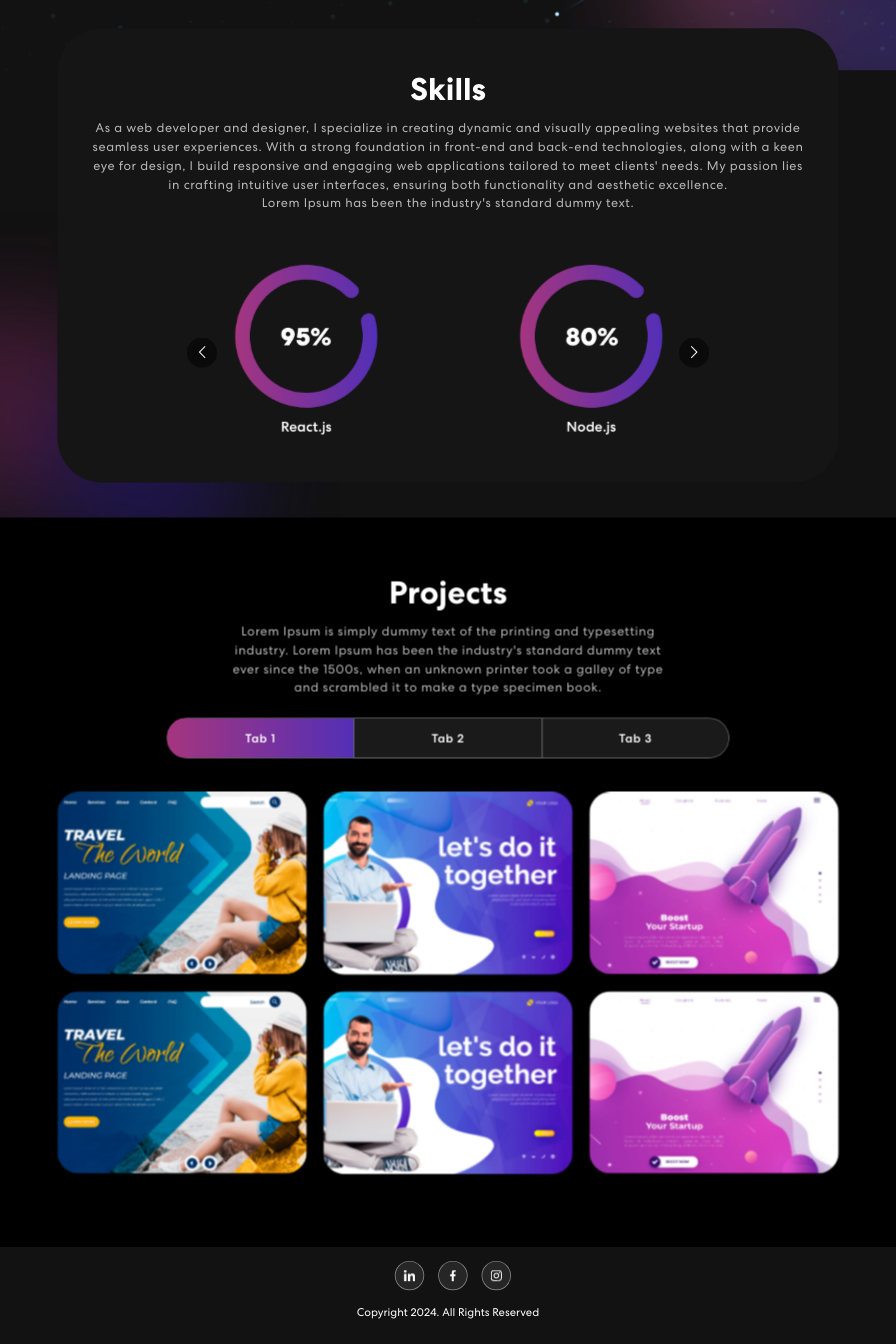
Repository: ChakerChourouk/personal-portfolio
Page: /
An editor plug-in stored every save of this project. The page is shown before and after the next save, followed by the edit.
The browser window is 1280 px wide. The pictures show the part of the page from y = 666 to 2586 px (the page is 2586 px tall before and 2559 px after), at 70% of full size.
The project was rebuilt for these pictures with package versions that can differ from the ones it lists, and the page was loaded fresh each time. Imported but missing from the stored project, and not drawn on this page: src/components/Contact.

Above is the page before, as saved 2024-09-15 20:27:42.

### src/App.js
import logo from './logo.svg';
import './App.css';
import 'bootstrap/dist/css/bootstrap.min.css';
import { NavBar } from "./components/NavBar";
import { Banner } from "./components/Banner";
import { Skills } from "./components/Skills";
import { Projects } from "./components/Projects";
import { Contact } from "./components/Contact";
import { Footer } from "./components/Footer";

function App() {
  return (
    <div className="App">
      <NavBar />
      <Banner />
      <Skills />
      <Projects />
      <Footer />
    </div>
  );
}

export default App;

### src/App.css
/************ Custom Font ************/
@font-face {
	font-family: Centra;
	src: url('./assets/font/CentraNo2-Bold.ttf');
	font-weight: 700;
}
@font-face {
	font-family: Centra;
	src: url('./assets/font/CentraNo2-Medium.ttf');
	font-weight: 500;
}
@font-face {
	font-family: Centra;
	src: url('./assets/font/CentraNo2-Book.ttf');
	font-weight: 400;
}

/************ Default Css ************/
* {
  margin: 0;
  padding: 0;
  box-sizing: border-box;
}

html {
  scroll-behavior: smooth;
  scroll-padding-top: 75px;
}

body {
  font-weight: 400;
  overflow-x: hidden;
  position: relative;
  background-color: #121212 !important;
  color: #fff !important;
  font-family: 'Centra', sans-serif !important;
}

h1, h2, h3, h4, h5, h6 {
  margin: 0;
  padding: 0;
  line-height: normal;
}

p, a, li, button, ul {
  margin: 0;
  padding: 0;
  line-height: normal;
  text-decoration: none;
}

a:hover {
  text-decoration: none;
}

img {
  width: 100%;
  height: auto;
}

button {
  border: 0;
  background-color: transparent;
}

input:focus, textarea:focus, select:focus {
  outline: none;
}

@media (min-width:1700px) {
	main .container {
		max-width: 100%;
		padding: 0 150px;
	}
}

p.success {
	color: green;
}

p.danger {
	color: red;
}
/************ Navbar Css ************/
nav.navbar {
  padding: 18px 0;
  position: fixed;
  width: 100%;
  top: 0;
  z-index: 9999;
  transition:  0.32s ease-in-out;
}
nav.navbar.scrolled {
  padding: 0px 0;
  background-color: #121212;
}
nav.navbar a.navbar-brand {
    width: 9%;
}
nav.navbar .navbar-nav .nav-link.navbar-link {
  font-weight: 400;
  color: #fff !important;
  letter-spacing: 0.8px;
  padding: 0 25px;
  font-size: 18px;
  opacity: 0.75;
}
nav.navbar .navbar-nav a.nav-link.navbar-link:hover,
nav.navbar .navbar-nav a.nav-link.navbar-link.active {
    opacity: 1;
}
span.navbar-text {
    display: flex;
    align-items: center;
}
.social-icon {
    display: inline-block;
    margin-left: 14px;
}
.social-icon a {
    width: 42px;
    height: 42px;
    background: rgba(217, 217, 217, 0.1);
    display: inline-flex;
    border-radius: 50%;
    margin-right: 6px;
    align-items: center;
    justify-content: center;
    line-height: 1;
    border: 1px solid rgba(255, 255, 255, 0.5);
}
.social-icon a::before {
    content: "";
    width: 42px;
    height: 42px;
    position: absolute;
    background-color: #ffffff;
    border-radius: 50%;
    transform: scale(0);
	transition: 0.3s ease-in-out;
}
.social-icon a:hover::before {
    transform: scale(1);
}
.social-icon a img {
	width: 40%;
	z-index: 1;
	transition: 0.3s ease-in-out;
}
.social-icon a:hover img {
	filter: brightness(0) saturate(100%) invert(0%) sepia(7%) saturate(98%) hue-rotate(346deg) brightness(95%) contrast(86%);
}
.navbar-text button {
  font-weight: 700;
  color: #fff;
  border: 1px solid #fff;
  padding: 18px 34px;
  font-size: 18px;
  margin-left: 18px;
	position: relative;
	background-color: transparent;
	transition: 0.3s ease-in-out;
}
.navbar-text button span {
  z-index: 1;
}
.navbar-text button::before {
  content: "";
  width: 0%;
  height: 100%;
  position: absolute;
  background-color: #fff;
  left: 0;
  top: 0;
  z-index: -1;
  transition: 0.3s ease-in-out;
}
.navbar-text button:hover {
  color: #121212;
}
.navbar-text button:hover::before {
	content: "";
	width: 100%;
	height: 100%;
	position: absolute;
}
nav.navbar .navbar-toggler:active,
nav.navbar .navbar-toggler:focus {
	outline: none;
    box-shadow: none;
}
nav.navbar .navbar-toggler-icon {
  width: 24px;
  height: 17px;
  background-image: none;
  position: relative;
  border-bottom: 2px solid #fff;
  transition: all 300ms linear;
  top: -2px;
}
nav.navbar .navbar-toggler-icon:focus {
	border-bottom: 2px solid #fff;
}
nav.navbar .navbar-toggler-icon:after,
nav.navbar .navbar-toggler-icon:before {
	width: 24px;
	position: absolute;
	height: 2px;
	background-color: #fff;
	top: 0;
	left: 0;
	content: '';
	z-index: 2;
	transition: all 300ms linear;
}
nav.navbar .navbar-toggler-icon:after {
	top: 8px;
}
nav.navbar .navbar-toggler[aria-expanded="true"] .navbar-toggler-icon:after {
	transform: rotate(45deg);
	background-color: #fff;
	height: 2px;
}
nav.navbar .navbar-toggler[aria-expanded="true"] .navbar-toggler-icon:before {
	transform: translateY(8px) rotate(-45deg);
	background-color: #fff;
	height: 2px;
}
nav.navbar .navbar-toggler[aria-expanded="true"] .navbar-toggler-icon {
	border-color: transparent;
}

/************ Banner Css ************/
.banner {
  margin-top: 0;
  padding: 260px 0 100px 0;
  background-image: url('./assets/img/banner-bg.png');
  background-position: top center;
  background-size: cover;
  background-repeat: no-repeat;
}
.banner .tagline {
  font-weight: 700;
  letter-spacing: 0.8px;
  padding: 8px 10px;
  background: linear-gradient(90.21deg, rgba(170, 54, 124, 0.5) -5.91%, rgba(74, 47, 189, 0.5) 111.58%);
  border: 1px solid rgba(255, 255, 255, 0.5);
  font-size: 20px;
  margin-bottom: 16px;
  display: inline-block;
}
.banner h1 {
  font-size: 65px;
  font-weight: 700;
  letter-spacing: 0.8px;
  line-height: 1;
  margin-bottom: 20px;
  display: block;
}
.banner p {
  color: #B8B8B8;
  font-size: 18px;
  letter-spacing: 0.8px;
  line-height: 1.5em;
  width: 96%;
}
.banner button {
  color: #fff;
  font-weight: 700;
  font-size: 20px;
  margin-top: 60px;
  letter-spacing: 0.8px;
  display: flex;
  align-items: center;
}
.banner button svg {
  font-size: 25px;
  margin-left: 10px;
  transition: 0.3s ease-in-out;
  line-height: 1;
}
.banner button:hover svg {
  margin-left: 25px;
}
.banner img {
  animation: updown 3s linear infinite;
}
@keyframes updown {
    0% {
        transform: translateY(-20px);
    }
    50% {
        transform: translateY(20px);
    }
    100% {
        transform: translateY(-20px);
    }
}
.txt-rotate > .wrap {
  border-right: 0.08em solid #666;
}

/************ Skills Css ************/
.skill {
  padding: 0 0 50px 0;
  position: relative;
}
.skill-bx {
  background: #151515;
  border-radius: 64px;
  text-align: center;
  padding: 60px 50px;
  margin-top: -60px;
}
.skill h2 {
	font-size: 45px;
	font-weight: 700;
}
.skill p {
    color: #B8B8B8;
    font-size: 18px;
    letter-spacing: 0.8px;
    line-height: 1.5em;
    margin: 14px 0 75px 0;
}
.skill-slider {
  width: 80%;
  margin: 0 auto;
  position: relative;
}
.skill-slider .item img {
  width: 50%;
  margin: 0 auto 15px auto;
}
.background-image-left {
  top: 28%;
  position: absolute;
  bottom: 0;
  width: 40%;
  z-index: -4;
}

/************ Projects Css ************/
.project {
  padding: 80px 0;
  position: relative;
  background-color: black;
}
.project h2 {
	font-size: 45px;
	font-weight: 700;
  text-align: center;
}
.project p {
  color: #B8B8B8;
  font-size: 18px;
  letter-spacing: 0.8px;
  line-height: 1.5em;
  margin: 14px auto 30px auto;
  text-align: center;
  width: 56%;
}
.project .nav.nav-pills {
  width: 72%;
  margin: 0 auto;
  border-radius: 50px;
  background-color: rgb(255 255 255 / 10%);
  overflow: hidden;
}
.project .nav.nav-pills .nav-item {
  width: 33.33333%;
}
.project .nav.nav-pills .nav-link {
  background-color: transparent;
  border-radius: 0;
  padding: 17px 0;
  color: #fff;
  width: 100%;
  font-size: 17px;
  letter-spacing: 0.8px;
  font-weight: 500;
  position: relative;
  transition: 0.3s ease-in-out;
  text-align: center;
  z-index: 0;
}
.project .nav.nav-pills .nav-link::before {
    content: "";
    position: absolute;
    width: 0;
    height: 100%;
    background: linear-gradient(90.21deg, #AA367C -5.91%, #4A2FBD 111.58%);
    top: 0;
    left: 0;
    z-index: -1;
    transition: 0.3s ease-in-out;
}
.project .nav.nav-pills .nav-link.active::before {
    width: 100% !important;
}
.project .nav.nav-pills .nav-link.active {
    border: 1px solid rgba(255, 255, 255, 1);
}
.nav-link#projects-tabs-tab-first {
  border: 1px solid rgba(255, 255, 255, 0.5);
  border-radius: 55px 0px 0px 55px;
}
.nav-link#projects-tabs-tab-second {
  border-top: 1px solid rgba(255, 255, 255, 0.5);
  border-bottom: 1px solid rgba(255, 255, 255, 0.5);
}
.nav-link#projects-tabs-tab-third {
  border: 1px solid rgba(255, 255, 255, 0.5);
  border-radius: 0 55px 55px 0;
}
.proj-imgbx {
  position: relative;
  border-radius: 30px;
  overflow: hidden;
  margin-bottom: 24px;
}
.proj-imgbx::before {
  content: "";
  background: linear-gradient(90.21deg, #AA367C -5.91%, #4A2FBD 111.58%);
  opacity: 0.85;
  position: absolute;
  width: 100%;
  height: 0;
  transition: 0.4s ease-in-out;
}
.proj-imgbx:hover::before {
  height: 100%;
}
.proj-txtx {
  position: absolute;
  text-align: center;
  top: 65%;
  left: 50%;
  transform: translate(-50%, -50%);
  transition: 0.5s ease-in-out;
  opacity: 0;
  width: 100%;
}
.proj-imgbx:hover .proj-txtx {
  top: 50%;
  opacity: 1;
}
.proj-txtx h4 {
  font-size: 30px;
  font-weight: 700;
  letter-spacing: 0.8px;
  line-height: 1.1em;
}
.proj-txtx span {
  font-style: italic;
  font-weight: 400;
  font-size: 15px;
  letter-spacing: 0.8px;
}
.background-image-right {
  top: 20%;
  position: absolute;
  bottom: 0;
  width: 35%;
  right: 0;
  z-index: -4;
}

/************ Projects Css ************/
.contact {
  background: linear-gradient(90.21deg, #AA367C -5.91%, #4A2FBD 111.58%);
  padding: 60px 0 200px 0;
}
.contact img {
  width: 92%;
}
.contact h2 {
	font-size: 45px;
	font-weight: 700;
  margin-bottom: 30px;
}
.contact form input, .contact form textarea {
  width: 100%;
  background: rgba(255, 255, 255, 0.1);
  border: 1px solid rgba(255, 255, 255, 0.5);
  border-radius: 20px;
  color: #fff;
  margin: 0 0 8px 0;
  padding: 18px 26px;
  font-weight: 500;
  font-size: 18px;
  letter-spacing: 0.8px;
  transition: 0.3s ease-in-out;
}
.contact form input:focus, .contact form textarea:focus {
  background: rgba(255, 255, 255, 1);
  color: #121212;
}
.contact form input::placeholder, .contact form textarea::placeholder {
  font-size: 16px;
  font-weight: 400;
  color: #fff;
}
.contact form input:focus::placeholder, .contact form textarea:focus::placeholder {
  color: #121212;
  opacity: 0.8;
}
.contact form button {
  font-weight: 700;
  color: #000;
  background-color: #fff;
  padding: 14px 48px;
  font-size: 18px;
  margin-top: 25px;
  border-radius: 0;
  position: relative;
  transition: 0.3s ease-in-out;
}
.contact form button span {
  z-index: 1;
  position: relative;
}
.contact form button:hover {
  color: #fff;
}
.contact form button::before {
  content: "";
  background: #121212;
  width: 0;
  height: 100%;
  position: absolute;
  top: 0;
  left: 0;
  z-index: 0;
  transition: 0.3s ease-in-out;
}
.contact form button:hover::before {
  width: 100%;
}

/************ Footer Css ************/

.footer {
  padding: 20px 0;
}

.social-icon a {
  margin: 0 10px;
}

/* Add margin to create space between icons and the text */
.text-center p {
  margin-top: 20px; /* Adjust the value for more or less space */
}


.welcome {
    font-weight: 400;
    color: #fff !important;
    letter-spacing: 0.8px;
    padding: 0 25px;
    font-size: 18px;
    opacity: 0.75;
}

### src/components/NavBar.js
import { useState, useEffect } from "react";
import { Navbar, Nav, Container } from "react-bootstrap";
import {
  BrowserRouter as Router
} from "react-router-dom";

export const NavBar = () => {

  const [activeLink, setActiveLink] = useState('home');
  const [scrolled, setScrolled] = useState(false);

  useEffect(() => {
    const onScroll = () => {
      if (window.scrollY > 50) {
        setScrolled(true);
      } else {
        setScrolled(false);
      }
    }

    window.addEventListener("scroll", onScroll);

    return () => window.removeEventListener("scroll", onScroll);
  }, [])

  const onUpdateActiveLink = (value) => {
    setActiveLink(value);
  }

  return (
    <Router>
      <Navbar expand="md" className={scrolled ? "scrolled" : ""}>
        <Container>
         {/* <Navbar.Brand href="/">
            <img src={logo} alt="Logo" />
          </Navbar.Brand>*/}
          <span className="welcome">Welcome to my Portfolio<span role="img" aria-label="waving hand"> 👋</span> </span>
          <Navbar.Toggle aria-controls="basic-navbar-nav">
            <span className="navbar-toggler-icon"></span>
          </Navbar.Toggle>
          <Navbar.Collapse id="basic-navbar-nav">
            <Nav className="ms-auto">
              <Nav.Link href="#home" className={activeLink === 'home' ? 'active navbar-link' : 'navbar-link'} onClick={() => onUpdateActiveLink('home')}>Home</Nav.Link>
              <Nav.Link href="#skills" className={activeLink === 'skills' ? 'active navbar-link' : 'navbar-link'} onClick={() => onUpdateActiveLink('skills')}>Skills</Nav.Link>
              <Nav.Link href="#projects" className={activeLink === 'projects' ? 'active navbar-link' : 'navbar-link'} onClick={() => onUpdateActiveLink('projects')}>Projects</Nav.Link>
              <Nav.Link href="#contacts" className={activeLink === 'contacts' ? 'active navbar-link' : 'navbar-link'} onClick={() => onUpdateActiveLink('projects')}>Contacts</Nav.Link>
            </Nav>
            {/*<span className="navbar-text">
              <div className="social-icon">
                <a href="#"><img src={navIcon1} alt="" /></a>
                <a href="#"><img src={navIcon2} alt="" /></a>
                <a href="#"><img src={navIcon3} alt="" /></a>
              </div>
            </span>*/}
          </Navbar.Collapse>
        </Container>
      </Navbar>
    </Router>
  )
}

### src/components/Banner.js
import { useState, useEffect } from "react";
import { Container, Row, Col } from "react-bootstrap";
import headerImg from "../assets/img/header-img.svg";
import { ArrowRightCircle } from 'react-bootstrap-icons';
import 'animate.css';
import TrackVisibility from 'react-on-screen';

export const Banner = () => {
  const [loopNum, setLoopNum] = useState(0);
  const [isDeleting, setIsDeleting] = useState(false);
  const [text, setText] = useState('');
  const [delta, setDelta] = useState(300 - Math.random() * 100);
  const [index, setIndex] = useState(1);
  const toRotate = [ "MERN Stack Developer", "Web Designer", "UI/UX Designer" ];
  const period = 2000;

  useEffect(() => {
    let ticker = setInterval(() => {
      tick();
    }, delta);

    return () => { clearInterval(ticker) };
  }, [text])

  const tick = () => {
    let i = loopNum % toRotate.length;
    let fullText = toRotate[i];
    let updatedText = isDeleting ? fullText.substring(0, text.length - 1) : fullText.substring(0, text.length + 1);

    setText(updatedText);

    if (isDeleting) {
      setDelta(prevDelta => prevDelta / 2);
    }

    if (!isDeleting && updatedText === fullText) {
      setIsDeleting(true);
      setIndex(prevIndex => prevIndex - 1);
      setDelta(period);
    } else if (isDeleting && updatedText === '') {
      setIsDeleting(false);
      setLoopNum(loopNum + 1);
      setIndex(1);
      setDelta(500);
    } else {
      setIndex(prevIndex => prevIndex + 1);
    }
  }

  return (
    <section className="banner" id="home">
      <Container>
        <Row className="aligh-items-center">
          <Col xs={12} md={6} xl={7}>
            <TrackVisibility>
              {({ isVisible }) =>
              <div className={isVisible ? "animate__animated animate__fadeIn" : ""}>
                <h1>{`Hi! I'm Chaker Chourouk`} <span className="txt-rotate" dataPeriod="1000" data-rotate='[ "MERN Stack Developer", "Web Designer", "UI/UX Designer" ]'><span className="wrap">{text}</span></span></h1>
                  <p>Lorem Ipsum is simply dummy text of the printing and typesetting industry. Lorem Ipsum has been the industry's standard dummy text ever since the 1500s, when an unknown printer took a galley of type and scrambled it to make a type specimen book.</p>
              </div>}
            </TrackVisibility>
          </Col>
          <Col xs={12} md={6} xl={5}>
            <TrackVisibility>
              {({ isVisible }) =>
                <div className={isVisible ? "animate__animated animate__zoomIn" : ""}>
                  <img src={headerImg} alt="Header Img"/>
                </div>}
            </TrackVisibility>
          </Col>
        </Row>
      </Container>
    </section>
  )
}

### src/components/Skills.js
import meter1 from "../assets/img/meter1.svg";
import meter2 from "../assets/img/meter2.svg";
import meter3 from "../assets/img/meter3.svg";
import Carousel from 'react-multi-carousel';
import 'react-multi-carousel/lib/styles.css';
import arrow1 from "../assets/img/arrow1.svg";
import arrow2 from "../assets/img/arrow2.svg";
import colorSharp from "../assets/img/color-sharp.png"

export const Skills = () => {
  const responsive = {
    superLargeDesktop: {
      // the naming can be any, depends on you.
      breakpoint: { max: 4000, min: 3000 },
      items: 5
    },
    desktop: {
      breakpoint: { max: 3000, min: 1024 },
      items: 3
    },
    tablet: {
      breakpoint: { max: 1024, min: 464 },
      items: 2
    },
    mobile: {
      breakpoint: { max: 464, min: 0 },
      items: 1
    }
  };

  return (
    <section className="skill" id="skills">
        <div className="container">
            <div className="row">
                <div className="col-12">
                    <div className="skill-bx wow zoomIn">
                        <h2>Skills</h2>
                        <p>As a web developer and designer, I specialize in creating dynamic and visually appealing websites that provide seamless user experiences. With a strong foundation in front-end and back-end technologies, along with a keen eye for design, I build responsive and engaging web applications tailored to meet clients' needs. My passion lies in crafting intuitive user interfaces, ensuring both functionality and aesthetic excellence.<br></br> Lorem Ipsum has been the industry's standard dummy text.</p>
                        <Carousel responsive={responsive} infinite={true} className="owl-carousel owl-theme skill-slider">
                            <div className="item">
                                <img src={meter1} alt="Image" />
                                <h5>React.js</h5>
                            </div>
                            <div className="item">
                                <img src={meter2} alt="Image" />
                                <h5>Node.js</h5>
                            </div>
                            <div className="item">
                                <img src={meter2} alt="Image" />
                                <h5>Express.js</h5>
                            </div>
                            <div className="item">
                                <img src={meter2} alt="Image" />
                                <h5>MongoDB</h5>
                            </div>
                            <div className="item">
                                <img src={meter2} alt="Image" />
                                <h5>Adobe Illustarator</h5>
                            </div>
                            <div className="item">
                                <img src={meter3} alt="Image" />
                                <h5>Figma</h5>
                            </div>
                        </Carousel>
                    </div>
                </div>
            </div>
        </div>
        <img className="background-image-left" src={colorSharp} alt="Image" />
    </section>
  )
}

### src/components/Footer.js
import { Container, Row, Col } from "react-bootstrap";
import logo from "../assets/img/logo.svg";
import navIcon1 from "../assets/img/nav-icon1.svg";
import navIcon2 from "../assets/img/nav-icon2.svg";
import navIcon3 from "../assets/img/nav-icon3.svg";

export const Footer = () => {
  return (
    <footer className="footer" id="contacts" >
      <Container>
        <Row className="align-items-center justify-content-center">
          <Col size={12} sm={6} className="text-center">
            <div className="social-icon">
              <a href="https://www.linkedin.com/in/chaker-chourouk-a32841257/"><img src={navIcon1} alt="Icon" /></a>
              <a href="#"><img src={navIcon2} alt="Icon" /></a>
              <a href="#"><img src={navIcon3} alt="Icon" /></a>
            </div>
            <p>Copyright 2024. All Rights Reserved</p>
          </Col>
        </Row>
      </Container>
    </footer>
  );
};

Loaded but not shown: public/index.html (common file); src/index.js (common file); src/index.css (common file); src/reportWebVitals.js (common file); src/components/ProjectCard.js (common file); src/components/Projects.js (98 lines, source omitted)

After the next save:
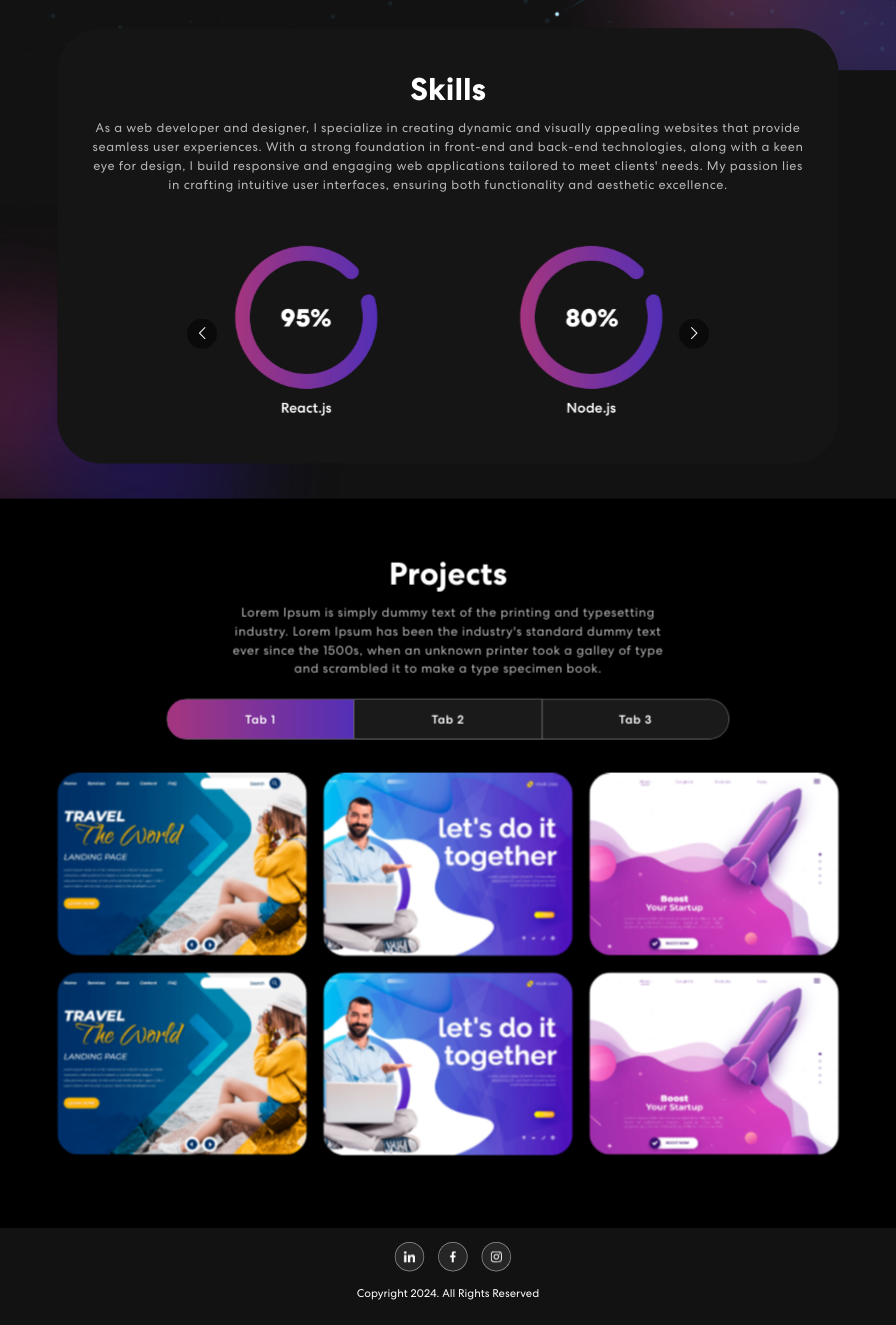
Saved 49 s later.
--- a/src/components/Skills.js
+++ b/src/components/Skills.js
@@ -35,7 +35,7 @@ export const Skills = () => {
                 <div className="col-12">
                     <div className="skill-bx wow zoomIn">
                         <h2>Skills</h2>
-                        <p>As a web developer and designer, I specialize in creating dynamic and visually appealing websites that provide seamless user experiences. With a strong foundation in front-end and back-end technologies, along with a keen eye for design, I build responsive and engaging web applications tailored to meet clients' needs. My passion lies in crafting intuitive user interfaces, ensuring both functionality and aesthetic excellence.<br></br> Lorem Ipsum has been the industry's standard dummy text.</p>
+                        <p>As a web developer and designer, I specialize in creating dynamic and visually appealing websites that provide seamless user experiences. With a strong foundation in front-end and back-end technologies, along with a keen eye for design, I build responsive and engaging web applications tailored to meet clients' needs. My passion lies in crafting intuitive user interfaces, ensuring both functionality and aesthetic excellence.</p>
                         <Carousel responsive={responsive} infinite={true} className="owl-carousel owl-theme skill-slider">
                             <div className="item">
                                 <img src={meter1} alt="Image" />
